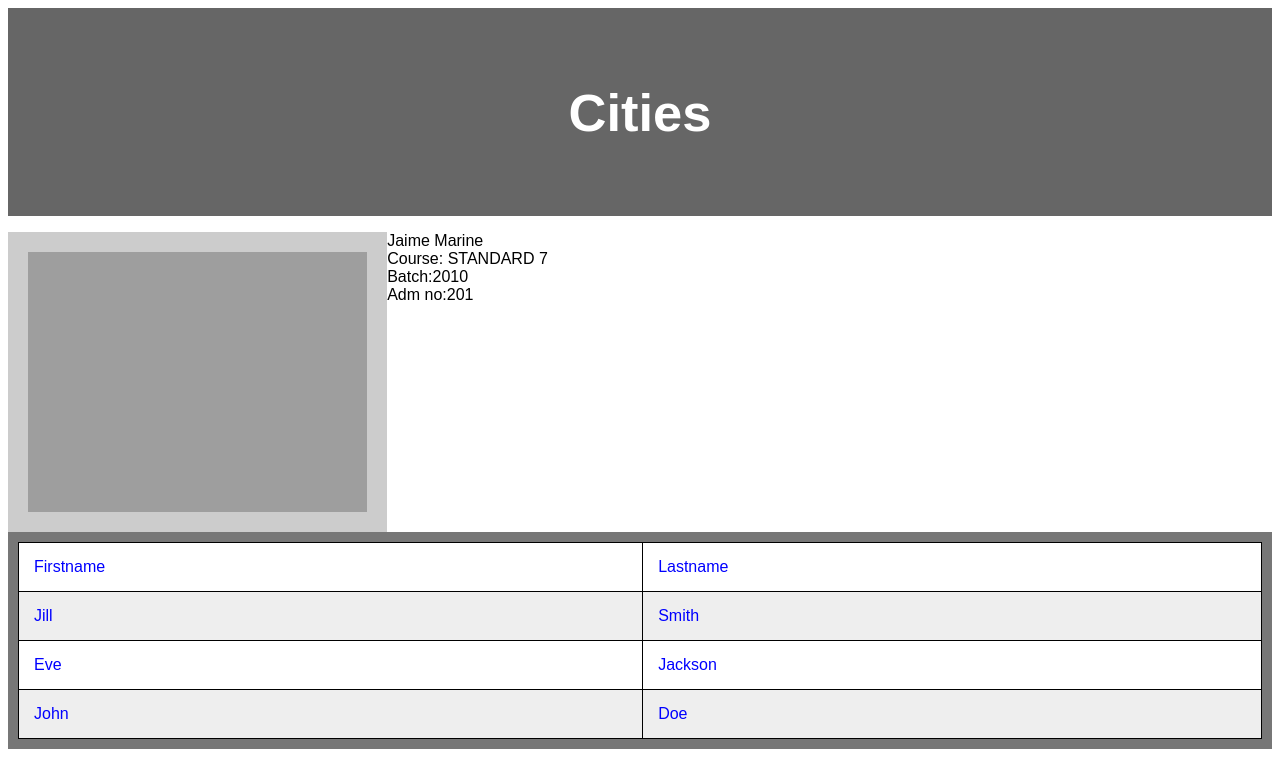
Repository: sandunigayanjali/Library_System
Page: http://localhost/library_management/studentProfile2.jsp
The author's editor kept a copy of each file at every save. The page is drawn from the files as they stood at one save, then again after the next save.
The browser window is 1280 px wide. The pictures show the whole page.
Pictures or frames that could not be fetched are drawn as grey boxes. The page is served by Tomcat 9.

Above is the page before, as saved 2018-11-23 15:30:35.

### library management/WebContent/studentProfile2.jsp
<%@ page language="java" contentType="text/html; charset=ISO-8859-1"
    pageEncoding="ISO-8859-1"%>
<!DOCTYPE html PUBLIC "-//W3C//DTD HTML 4.01 Transitional//EN" "http://www.w3.org/TR/html4/loose.dtd">
<html>
<head>
 <meta charset="utf-8">
<meta name="viewport" content="width=device-width, initial-scale=1">
<title>Insert title here</title>

<style>
* {
    box-sizing: border-box;
}

body {
    font-family: Arial, Helvetica, sans-serif;
}

/* Style the header */
header {
    background-color: #666;
    padding: 30px;
    text-align: center;
    font-size: 35px;
    color: white;
}

/* Create two columns/boxes that floats next to each other */
aside{
    float: left;
    width: 30%;
    height: 300px; /* only for demonstration, should be removed */
    background: #ccc;
    padding: 20px;
}

/* Style the list inside the menu */
nav ul {
    list-style-type: none;
    padding: 0;
}

article {
    float: left;
    padding: 20px;
    width: 70%;
    background-color: #f1f1f1;
    height: 300px; /* only for demonstration, should be removed */
}

/* Clear floats after the columns */
section:after {
    content: "";
    display: table;
    clear: both;
}

/* Style the footer */
footer {
    background-color: #777;
    padding: 10px;
    text-align: center;
    color: white;
}

/* Responsive layout - makes the two columns/boxes stack on top of each other instead of next to each other, on small screens */
/*@media (max-width: 600px) {
    nav, article {
        width: 100%;
        height: auto;
    }
}*/

table {
    width:100%;
}
table, th, td {
    border: 1px solid black;
    border-collapse: collapse;
}
th, td {
    padding: 15px;
    text-align: left;
}
table#t01 tr:nth-child(even) {
    background-color: #eee;
}
table#t01 tr:nth-child(odd) {
   background-color: #fff;
}

</style>

</head>
<body>

<header>
  <h2>Cities</h2>
</header>

<section>
<aside>
<img src="F:\library mangement\man.jpg" alt="Smiley face" width="100%" height="100%" align="left"></div>

</aside>
  <nav>
    <ul>
      <li>Jaime Marine</li>
      <li>Course: STANDARD 7</li>
      <li>Batch:2010</li>
       <li>Adm no:201</li>
    </ul>
  </nav>


</section>
<center>
<footer>
<font color="blue">
 <table id="t01">
  <tr>
    <td>Firstname</td>
    <td>Lastname</td>

  </tr>
  <tr>
    <td>Jill</td>
    <td>Smith</td>

  </tr>
  <tr>
    <td>Eve</td>
    <td>Jackson</td>

  </tr>
  <tr>
    <td>John</td>
    <td>Doe</td>

  </tr>
</table>
</font>
</footer></center>
</body>
</html>

After the next save:
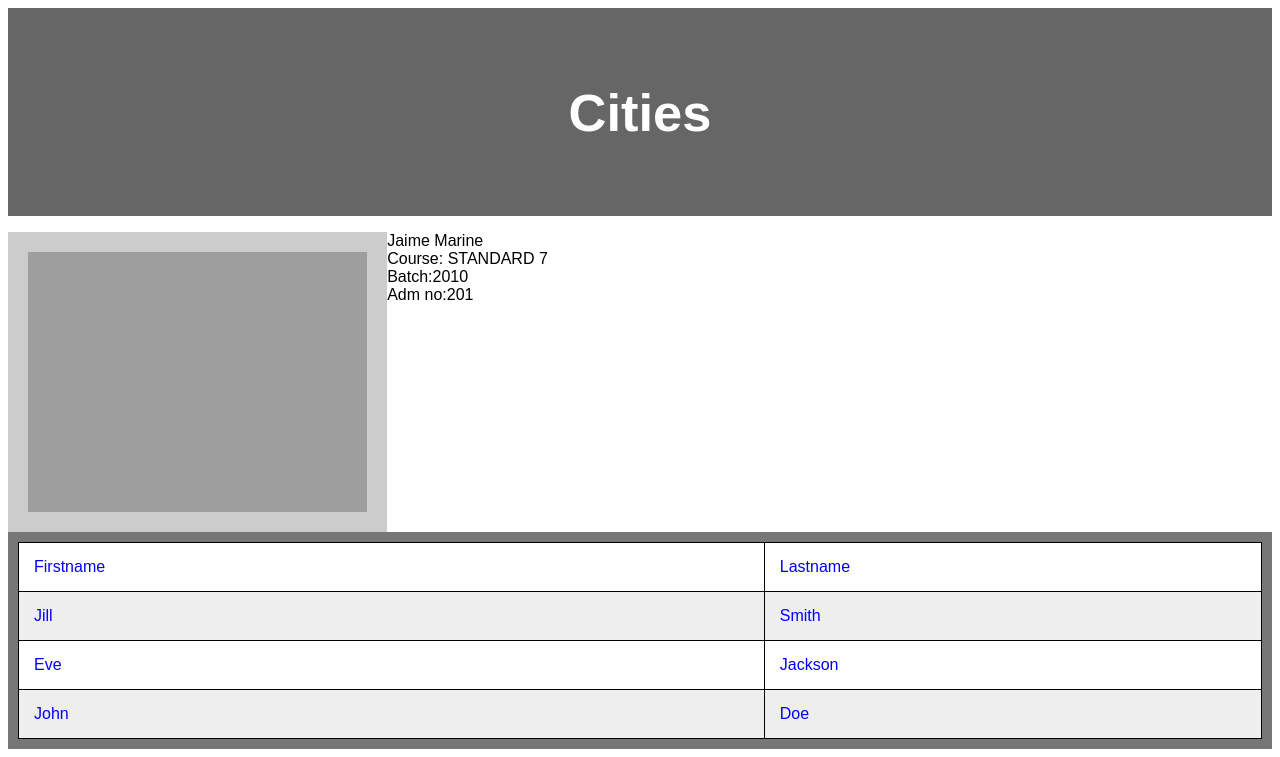
Saved 3 min 51 s later.
--- a/library management/WebContent/studentProfile2.jsp
+++ b/library management/WebContent/studentProfile2.jsp
@@ -119,23 +119,23 @@ table#t01 tr:nth-child(odd) {
 <font color="blue">
  <table id="t01">
   <tr>
-    <td>Firstname</td>
-    <td>Lastname</td>
+    <td width=60%>Firstname</td>
+    <td width=40%>Lastname</td>
 
   </tr>
   <tr>
-    <td>Jill</td>
-    <td>Smith</td>
+    <td width=60%>Jill</td>
+    <td width=40%>Smith</td>
 
   </tr>
   <tr>
-    <td>Eve</td>
-    <td>Jackson</td>
+    <td width=60%>Eve</td>
+    <td width=40%>Jackson</td>
 
   </tr>
   <tr>
-    <td>John</td>
-    <td>Doe</td>
+    <td width=60%>John</td>
+    <td width=40%>Doe</td>
 
   </tr>
 </table>
